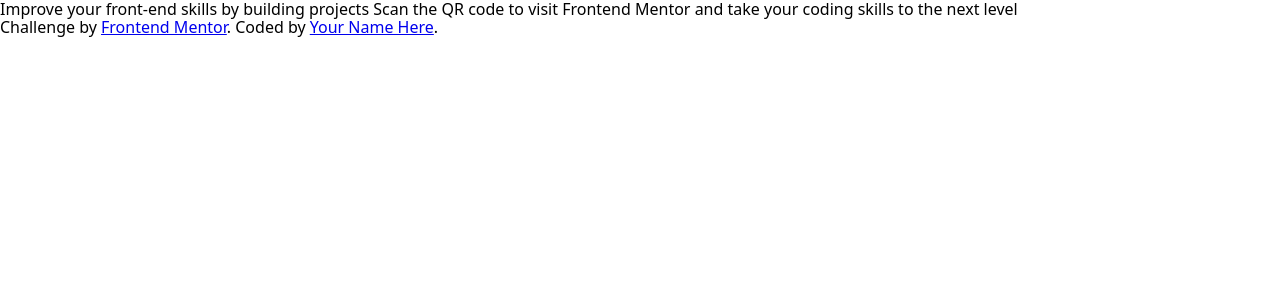
Repository: ilvis14/QR-code-component
Page: index.html
An editor plug-in stored every save of this project. The page is shown before and after the next save, followed by the edit.
The browser window is 1280 px wide. The pictures show the whole page.

Above is the page before, as saved 2023-04-18 18:55:02.

### index.html
<!DOCTYPE html>
<html lang="en">
<head>
  <meta charset="UTF-8">
  <meta name="viewport" content="width=device-width, initial-scale=1.0"> <!-- displays site properly based on user's device -->
  <link rel="stylesheet" href="/styles/styles.css">
  <link rel="icon" type="image/png" sizes="32x32" href="./images/favicon-32x32.png">

  <title>Frontend Mentor | QR code component</title>

  <!-- Feel free to remove these styles or customise in your own stylesheet 👍 -->
</head>
<body>

  Improve your front-end skills by building projects

  Scan the QR code to visit Frontend Mentor and take your coding skills to the next level

  <div class="attribution">
    Challenge by <a href="https://www.frontendmentor.io?ref=challenge" target="_blank">Frontend Mentor</a>.
    Coded by <a href="#">Your Name Here</a>.
  </div>
</body>
</html>

### styles/styles.css
@import "normalize.css";

Loaded but not shown: styles/normalize.css (library)

After the next save:
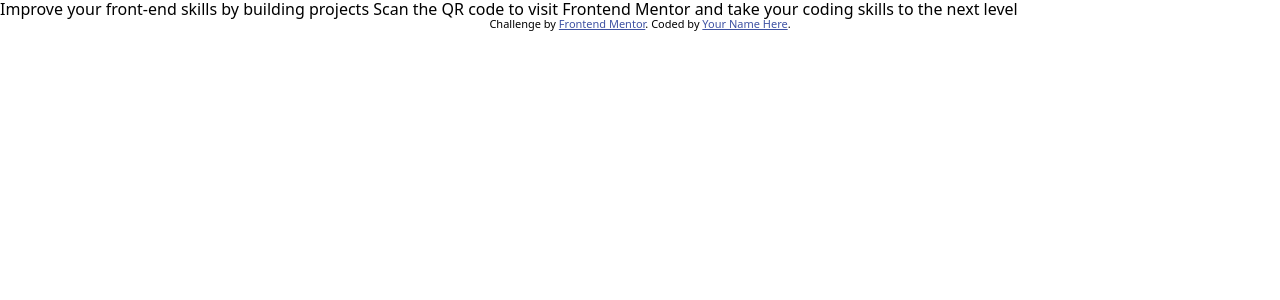
Saved 22 s later.
--- a/styles/styles.css
+++ b/styles/styles.css
@@ -1 +1,10 @@
 @import "normalize.css";
+
+.attribution {
+  font-size: 11px;
+  text-align: center;
+}
+
+.attribution a {
+  color: hsl(228, 45%, 44%);
+}
